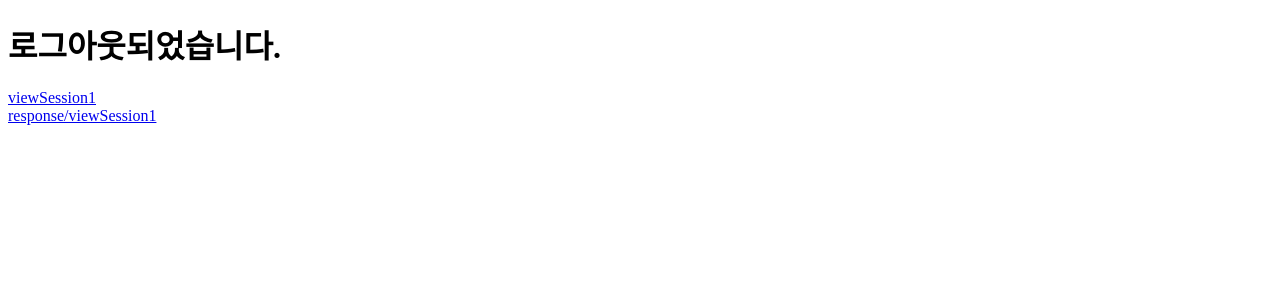
Repository: hhw9797/bitcampjn201904
Page: http://localhost/FirstWeb/session/logout.jsp
The author's editor kept a copy of each file at every save. The page is drawn from the files as they stood at one save, then again after the next save.
The browser window is 1280 px wide. The pictures show the whole page.
The page is served by Tomcat 9. Other server files are loaded and not shown.

Above is the page before, as saved 2019-06-21 06:12:56.

### html/html5/jsp/FirstWeb/WebContent/session/logout.jsp
<%@ page language="java" contentType="text/html; charset=UTF-8"
    pageEncoding="UTF-8"%>
<!DOCTYPE html>
<html>
<head>
<meta charset="UTF-8">
<title>Insert title here</title>
<script src="https://code.jquery.com/jquery-1.12.4.js"></script>
<style>

</style>
</head>
<body>
<%
	request.getSession(false).invalidate();
%>

<h1>로그아웃되었습니다.</h1>

<a href="viewSession.jsp">viewSession1</a> <br>
<a href="../response/viewSession.jsp">response/viewSession1</a>



</body>
</html>

After the next save:
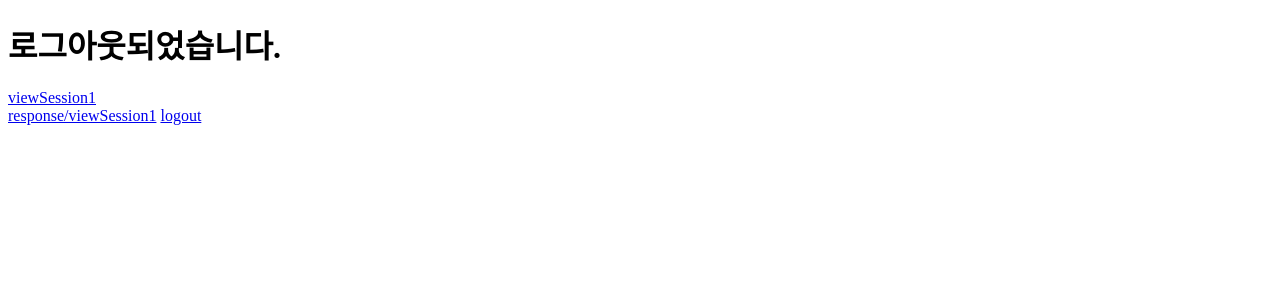
Saved 27 s later.
--- a/html/html5/jsp/FirstWeb/WebContent/session/logout.jsp
+++ b/html/html5/jsp/FirstWeb/WebContent/session/logout.jsp
@@ -19,6 +19,7 @@
 
 <a href="viewSession.jsp">viewSession1</a> <br>
 <a href="../response/viewSession.jsp">response/viewSession1</a>
+<a href="logout.jsp">logout</a>
 
 
 
